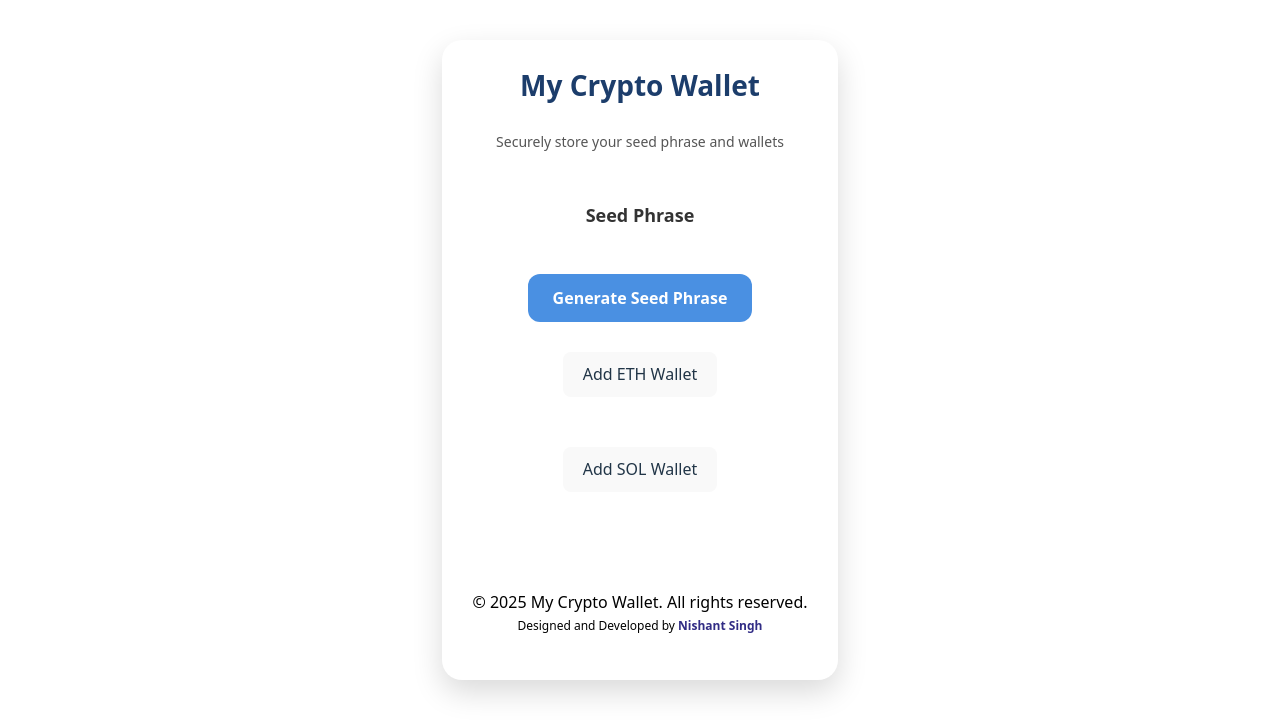
Repository: nishantsingh02/web-based-wallet-web-3
Page: /
These files come from the project's save history. The page is drawn as it stood at one moment and after a run of saves; the edit follows.
The browser window is 1280 px wide. The pictures show the whole page.
The project was rebuilt for these pictures with package versions that can differ from the ones it lists, and the page was loaded fresh each time. Also part of the build but not shown: vite.config.ts.

Above is the page before, as saved 2025-10-07 02:20:45.

After the next 2 saves:
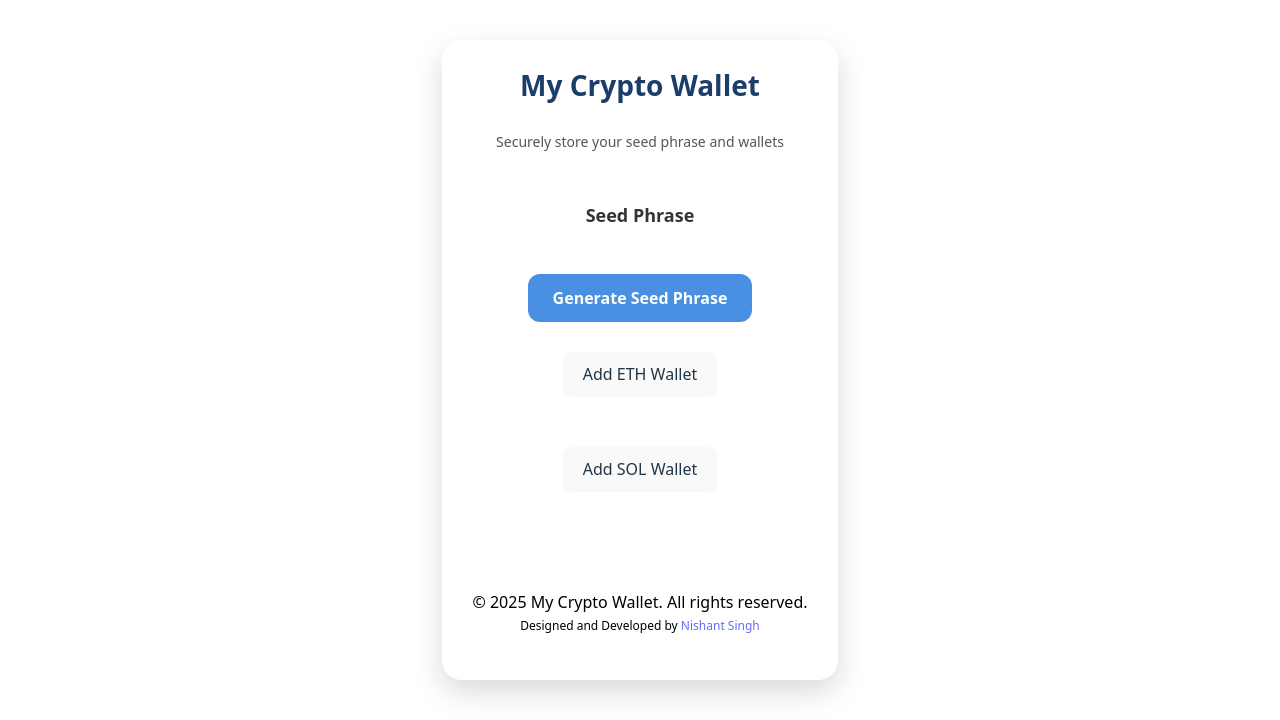
The 2 saves are shown as one change because 1 did not build or start.
The last was saved 10 s later.
--- a/src/App.tsx
+++ b/src/App.tsx
@@ -56,7 +56,7 @@ function App() {
         <SOL_wallet mnemonic={mnemonic} />
       <div className="w-full  text-black text-center py-4 mt-8 rounded-t-lg">
   <p className="text-sm sm:text-base">© 2025 My Crypto Wallet. All rights reserved.</p>
-  <p className="text-xs mt-1">Designed and Developed by <span className="font-bold text-indigo-900 hover:text-indigo-500 hover:underline cursor-pointer transition-colors" >Nishant Singh</span></p>
+  <p className="text-xs mt-1">Designed and Developed by <a className="font-bold text-indigo-900 hover:text-indigo-500 hover:underline cursor-pointer transition-colors" >Nishant Singh</a></p>
 </div>
 
 
